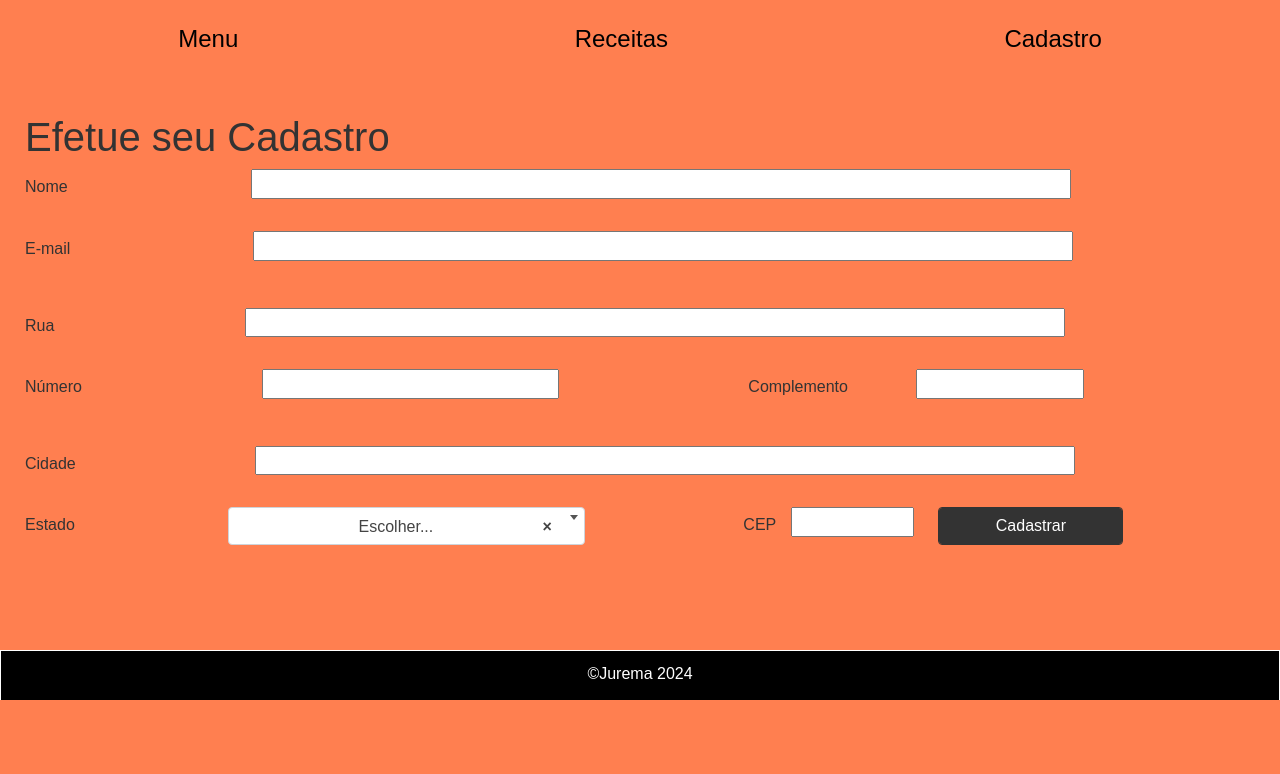
Repository: devropaes/RECEITAS
Page: OneDrive/Área de Trabalho/Estudos/Estácio/receitas/cadastro.html
The author's editor kept a copy of each file at every save. The page is drawn from the files as they stood at one save, then again after the next save.
The browser window is 1280 px wide. The pictures show the whole page.

Above is the page before, as saved 2024-03-15 09:36:04.

### OneDrive/Área de Trabalho/Estudos/Estácio/receitas/cadastro.html
<!DOCTYPE html>
<html lang="pt-br">
<head>
    <meta charset="UTF-8">
    <meta http-equiv="X-UA-Compatible" content="IE=edge">
    <meta name="viewport" content="width=device-width, initial-scale=1.0">
    <link rel="stylesheet" href="https://stackpath.bootstrapcdn.com/bootstrap/4.3.1/css/bootstrap.min.css" integrity="sha384-ggOyR0iXCbMQv3Xipma34MD+dH/1fQ784/j6cY/iJTQUOhcWr7x9JvoRxT2MZw1T" crossorigin="anonymous">
    <link href="https://cdnjs.cloudflare.com/ajax/libs/select2/4.0.13/css/select2.min.css" rel="stylesheet" />
    <link rel="stylesheet" href="cadastro.css">
    <link rel="stylesheet" href="formatos.css">
    <title>Cadastro</title>
    <style>
        body {
            background-color: #ff7f50; /* Cor de fundo do corpo */
        }
    </style>
</head>
<body>

  <ul class="navlist">
      <li><a href="home.html">Menu</a></li>
      <li><a href="receitas.html">Receitas</a></li>
      <li><a href="cadastro.html">Cadastro</a></li>
 </ul>
 </body>


        <main class="container-fluid">
            <!-- Área Principal - Título e Formulário de Cadastro -->
            <div class="row">
                <div class="col-lg-12">
                    <h1 class="mt-4 text-left">Efetue seu Cadastro</h1>
                    <form>
                        <div class="form-row">
                            <div class="form-group col-md-12">
                                <label for="nome" class="float-left">Nome</label>
                                <input type="text" class="form-group col-md-8" id="nome" required>
                            </div>
                            <div class="form-group col-md-12">
                                <label for="email" class="float-left">E-mail</label>
                                <input type="email" class="form-group col-md-8" id="email" required>
                            </div>
                        </div>
                        <div class="form-row">
                            <div class="form-group col-md-12">
                                <label for="rua" class="float-left">Rua</label>
                                <input type="text" class="form-group col-md-8" id="rua" required>
                            </div>
                            <div class="form-group col-md-7">
                                <label for="numero" class="float-left">Número</label>
                                <input type="text" class="form-group col-md-5" id="numero" required>
                            </div>
                            <div class="form-group col-md-4">
                                <label for="complemento" class="float-left">Complemento</label>
                                <input type="text" class="form-group col-md-5" id="complemento">
                            </div>
                        </div>
                        <div class="form-row">
                            <div class="form-group col-md-12">
                                <label for="cidade" class="float-left">Cidade</label>
                                <input type="text" class="form-group col-md-8" id="cidade" required>
                            </div>
                            <div class="form-group col-md-7">
                                <label for="estado" class="float-left">Estado</label>
                                <select id="estado" class="form-group col-md-6" required>
                                    <option selected>Escolher...</option>
                                    <option value="AC">Acre</option>
                                    <option value="AL">Alagoas</option>
                                    <option value="AP">Amapá</option>
                                    <option value="AM">Amazonas</option>
                                    <option value="BA">Bahia</option>
                                    <option value="CE">Ceará</option>
                                    <option value="DF">Distrito Federal</option>
                                    <option value="ES">Espírito Santo</option>
                                    <option value="GO">Goiás</option>
                                    <option value="MA">Maranhão</option>
                                    <option value="MT">Mato Grosso</option>
                                    <option value="MS">Mato Grosso do Sul</option>
                                    <option value="MG">Minas Gerais</option>
                                    <option value="PA">Pará</option>
                                    <option value="PB">Paraíba</option>
                                    <option value="PR">Paraná</option>
                                    <option value="PE">Pernambuco</option>
                                    <option value="PI">Piauí</option>
                                    <option value="RJ">Rio de Janeiro</option>
                                    <option value="RN">Rio Grande do Norte</option>
                                    <option value="RS">Rio Grande do Sul</option>
                                    <option value="RO">Rondônia</option>
                                    <option value="RR">Roraima</option>
                                    <option value="SC">Santa Catarina</option>
                                    <option value="SP">São Paulo</option>
                                    <option value="SE">Sergipe</option>
                                    <option value="TO">Tocantins</option>
                                </select>
                            </div>
                            <div class="form-row">
                                <div class="form-group col-md-6">
                                    <label for="cep" class="float-left">CEP</label>
                                    <input type="text" class="form-group col-md-8" id="cep" required>
                                </div>
                                <div class="form-group col-md-6 d-flex justify-content-end">
                                    <button type="submit" class="btn btn-primary form-control">Cadastrar</button>
                                </div>
                            </div>
        </main>

        <footer class="rodape">
          <p>&copy;Jurema 2024 </p>
     </footer>

     <script src="https://code.jquery.com/jquery-3.3.1.slim.min.js" integrity="sha384-q8i/X+965DzO0rT7abK41JStQIAqVgRVzpbzo5smXKp4YfRvH+8abtTE1Pi6jizo" crossorigin="anonymous"></script>
<script src="https://cdnjs.cloudflare.com/ajax/libs/popper.js/1.14.7/umd/popper.min.js" integrity="sha384-UO2eT0CpHqdSJQ6hJty5KVphtPhzWj9WO1clHTMGa3JDZwrnQq4sF86dIHNDz0W1" crossorigin="anonymous"></script>
<script src="https://stackpath.bootstrapcdn.com/bootstrap/4.3.1/js/bootstrap.min.js" integrity="sha384-JjSmVgyd0p3pXB1rRibZUAYoIIy6OrQ6VrjIEaFf/nJGzIxFDsf4x0xIM+B07jRM" crossorigin="anonymous"></script>
<script src="https://cdnjs.cloudflare.com/ajax/libs/select2/4.0.13/js/select2.min.js"></script>

<script>
    $(document).ready(function() {
        // Aplica o Select2 ao campo de seleção de estados
        $('#estado').select2({
            placeholder: 'Escolher...',
            allowClear: true, // Permite a limpeza da seleção
        });
    });
</script>

</body>
</html>

### OneDrive/Área de Trabalho/Estudos/Estácio/receitas/cadastro.css
* {
  margin: 0;
  padding: 0;
  box-sizing: border-box;
}

:root {
  --cor-primaria: #ff7f50;
  --cor-secundaria: #333;
  --cor-terciaria: #000;
  --cor-hover: #fff;
  --font-primaria: "Arial, Helvetica", sans-serif;
  --font-secundaria: "Krona-One", sans-serif;
}

body {
  overflow-y: auto;
  background-color: var(--cor-primaria);
  font-family: var(--font-secundaria);
  font-size: 1em;
  font-weight: 600;
  text-align: left;
  margin: 5px;
  padding: 5px; /* Adicionado espaçamento interno ao corpo */
}



header {
  height: 60px;
  background-color: var(--cor-secundaria);
  color: var(--cor-hover);
}

main {
  height: calc(100vh - 100px);
  padding: 5px;
}

footer {
  height: 25px;
  background-color: var(--cor-hover);
  color: var(--cor-secundaria);
  text-align: center;
  padding-top: 5px;
}

.navlist {
  ;
  color: var(--cor-hover);
  list-style: none;
  padding: 0;
  display: flex;
  justify-content: space-around;
  max-width: 100%;
}

.navlist li {
  display: flex;
  margin: 10px;
  max-width: 100%;
}

.navlist a {
  text-decoration: none;
  color: var(--cor-terciaria);
  font-family: var(--font-primaria);
  font-size: 1.5em;
  font-weight: normal; /* ou outro valor adequado */
  margin: 0;
  padding: 0;
}

/*.navlist a:hover {
  color: var(--cor-secundaria);
}*/

/* Adicione essas regras CSS ao seu arquivo cadastro.css */

/* Estilização para o layout do formulário */

.container-fluid {
  width: 100%;
  padding-right: 15px;
  padding-left: 15px;
  margin-right: auto;
  margin-left: auto;
}

main {
  height: calc(100vh - 100px);
  padding: 5px;
}
form {
  display: flex;
  flex-direction: column;
}

.form-row {
  margin-bottom: 15px;
}

.float-left {
  float: left;
  padding-top: 5px;
}

.float-right {
  float: right;
  padding-top: 5px;
}

/* Estilo personalizado para o Select2 */
.select2-container--default .select2-selection--single {
  height: 38px;
  padding: 8px 12px;
  border: 1px solid #ced4da; /* Corrigido */
  border-radius: 4px;
}

.select2-container--default .select2-selection--single .select2-selection__arrow {
  height: 18px;
}

.select2-container--default .select2-selection--single .select2-selection__rendered {
  line-height: 22px;
}

.select2-container--default .select2-selection--single .select2-selection__arrow b {
  border-color: #555 transparent transparent transparent;
}

#filtroEstado {
  margin-bottom: 5px;
}

.apresentacao {
  font-family: var(--font-secundaria);
  font-weight: 600;
  background-color: var(--cor-primaria);
  text-align: center;
  padding: 50px;
}

.btn-primary {
  color: var(--cor-hover);
  background-color: var(--cor-secundaria);
  border-color: var(--cor-secundaria);
  width: 100%; /* Adicionado */
  height: 38px; /* Adicionado */
}

.rodape {
  background-color: var(--cor-terciaria);
  border-color: var(--cor-hover);
  color: var(--cor-hover);
  text-align: center;
  padding: 10px;
  position: fixed;
  border-bottom: var(--cor-hover);
  left: 0;
  bottom: 0%;
  width: 100%;
  max-width: 100%;

}

### OneDrive/Área de Trabalho/Estudos/Estácio/receitas/formatos.css


:root {
    --cor-primaria: #ff7f50;
    --cor-secundaria: #333;
    --cor-terciaria: #000;
    --cor-hover: #fff;
    --font-primaria: "Arial, Helvetica", sans-serif;
    --font-secundaria: "Krona-One", sans-serif;
}

* {
    margin: 0;
    padding: 0;
    box-sizing: border-box;
}

body {
    background-color: var(--cor-primaria);
    color: var(--cor-secundaria);
    font-family: var(--font-secundaria);
    font-size: 16px;
    line-height: 1.6;
    font-weight: 400;
    text-align: center;
    margin: 5px;
    padding: 5px;


}

/*.page-container {
    display: flex;
    flex-direction: column;
    align-items: center;
    justify-content: center;
    text-align: center;
    margin:5px;
    border-color: var(--cor-hover);
}
.content {
    margin-bottom: 20px;*/


}
/*.navlist {
    background-color: var(--cor-secundaria);
    color: var(--cor-hover);
    list-style: none;
    padding: 0;
    display: flex;
    justify-content: space-around;
    max-width: 100%;
  }*/

  .navlist li {
    display: flex;
    margin: 30px;



  }


  .navlist a {
    text-decoration: none;
    color: var(--cor-terciaria);
    font-family: var(--font-primaria);
    font-size: 1.5em;
    font-weight: normal; /* ou outro valor adequado */
    margin: 0;
    padding: 0;
}


  /*.navlist a:hover {
    color: var(--cor-secundaria);

  }*/
.logo-container {
    display: flex;
    align-items: center;
    font-size: 1em;
    margin-bottom: 50px;
    margin-top: 40px;
}

.logo {
    width: 50px;
    width: 50px;
    margin-right: 30px;

}

.receitas__tia__jurema {
    width: 80px;
    font-size: 2.5em;
    margin-bottom: 50px;
    padding: 50px;
    display:contents;

}

.content {
    display: flex;
    flex-direction: column;
    align-items: center;
    justify-content: center;
    text-align: center;



}

.apresentacao {
    font-size: 1.5em;
    text-align:inherit;
    padding: 30px;
    width: 80%; /* Ajuste conforme necessário */
    margin: auto;

}
.apresentação h2 {
    margin: bottom 30px;
    padding: 30px;
    text-align: center;
}

/* Adicione esta regra para alinhar o logo à esquerda da Receitas Tia Jurema */
.content {
    display: flex;
    align-items: center;
    margin-bottom: 20px;
}

.logo {
    width: 70px;
    margin-right: 5px; /* Ajuste conforme necessário */

}
/* Definir a formatação das áreas semânticas */
header, nav, section, article, aside, footer {
    /* Adicione aqui a formatação desejada para cada área semântica */
    /* Por exemplo: */
    margin-bottom: 20px;
    padding: 10px;
    border: 1px solid #ccc;
}

/* Explorar as possibilidades da visualização no modo flex */
.container {
    display: flex;
    justify-content: space-between; /* Alinha os elementos filhos com espaço entre eles */
    align-items: center; /* Centraliza os elementos verticalmente */
}

header {
    /* Se desejar posicionar o cabeçalho fixo no topo da página: */
    position: fixed;
    top: 0;
    width: 100%;
    background-color:var(--cor-hover);
    z-index: 1000; /* Certifique-se de que o cabeçalho apareça acima do conteúdo */
}
.rodape {
    background-color: var(--cor-terciaria);
    border-color: var(--cor-hover);
    color: var(--cor-hover);
    text-align: center;
    padding: 10px;
    position: fixed;
    border-bottom: var(--cor-hover);
    left: 0;
    bottom: 0%;
    width: 100%;
    height: 50px;
    max-width: 100%;

}
main {
    margin-bottom: 60px; /* Ajuste a margem inferior para acomodar a altura do rodapé mais uma margem extra */
}

After the next save:
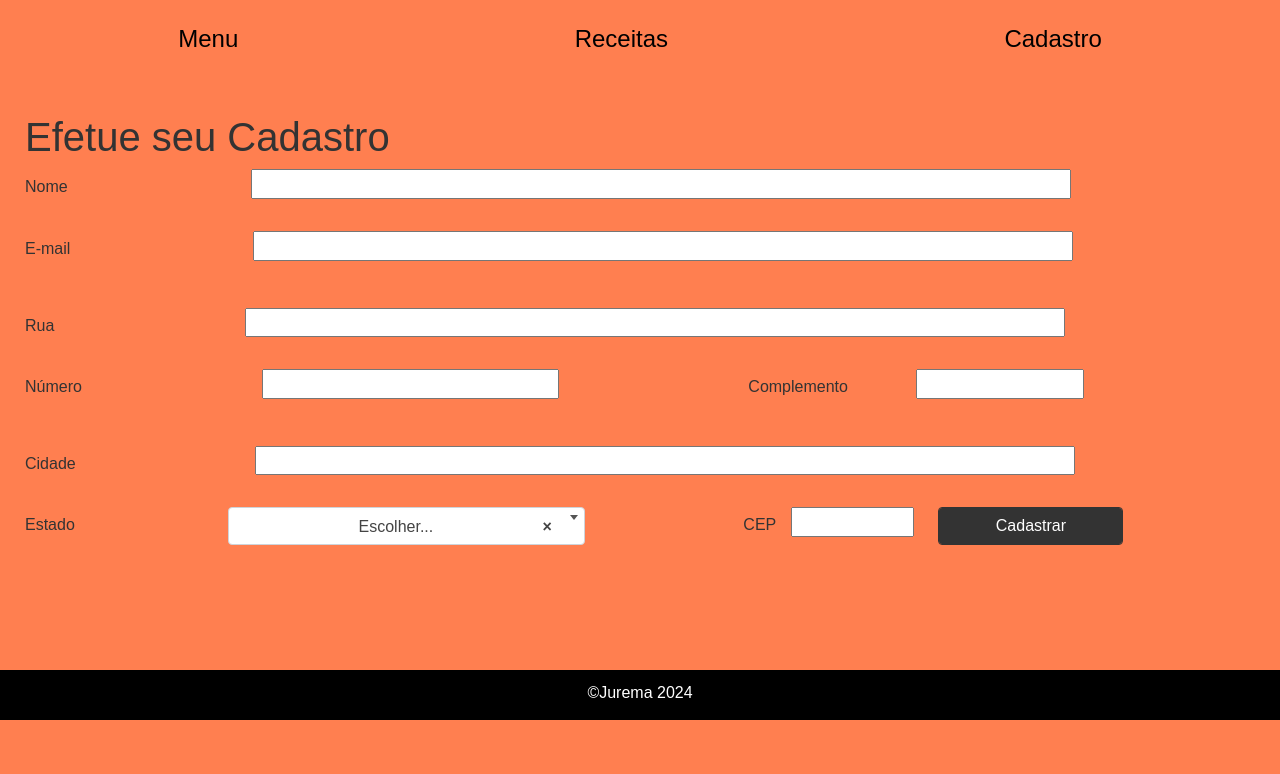
Saved 2 min 47 s later.
--- a/OneDrive/Área de Trabalho/Estudos/Estácio/receitas/formatos.css
+++ b/OneDrive/Área de Trabalho/Estudos/Estácio/receitas/formatos.css
@@ -86,8 +86,8 @@ body {
 }
 
 .logo {
-    width: 50px;
-    width: 50px;
+    width: 5px;
+    width: 5px;
     margin-right: 30px;
 
 }
@@ -138,14 +138,6 @@ body {
     margin-right: 5px; /* Ajuste conforme necessário */
 
 }
-/* Definir a formatação das áreas semânticas */
-header, nav, section, article, aside, footer {
-    /* Adicione aqui a formatação desejada para cada área semântica */
-    /* Por exemplo: */
-    margin-bottom: 20px;
-    padding: 10px;
-    border: 1px solid #ccc;
-}
 
 /* Explorar as possibilidades da visualização no modo flex */
 .container {
